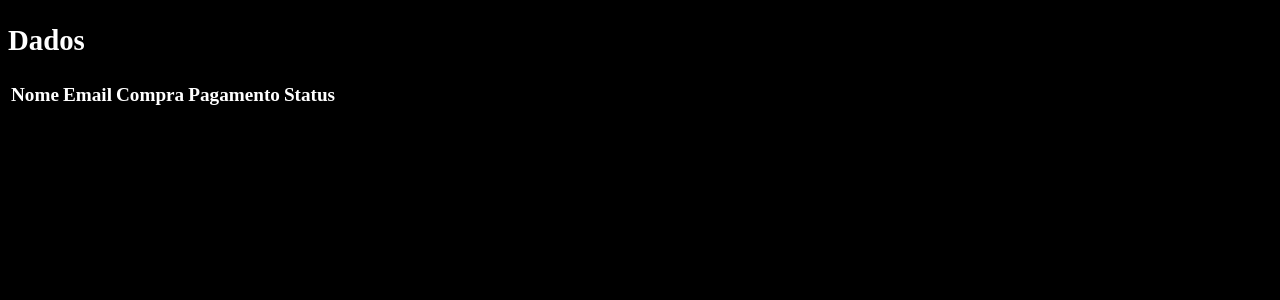
Repository: lucasleitedosreis/exercicios-praticando-typescript
Page: index.html
The author's editor kept a copy of each file at every save. The page is drawn from the files as they stood at one save, then again after the next save.
The browser window is 1280 px wide. The pictures show the whole page.
The page's requests for data from a server got no answer.

Above is the page before, as saved 2023-04-15 14:49:12.

After the next save:
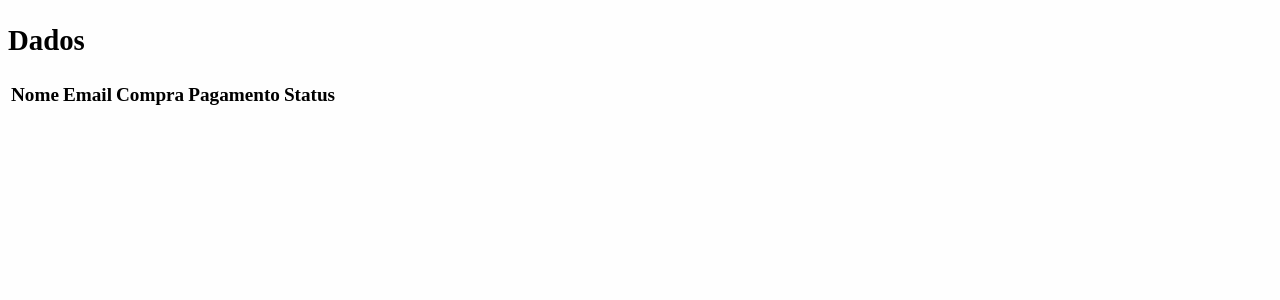
Saved 7 min 29 s later.
--- a/src/styles.css
+++ b/src/styles.css
@@ -1,5 +1,5 @@
 body {
-  background: #000000;
-  color: #fff;
+  background: #fefefe;
+  color: #000000;
   font-size: 1.2rem;
 }
